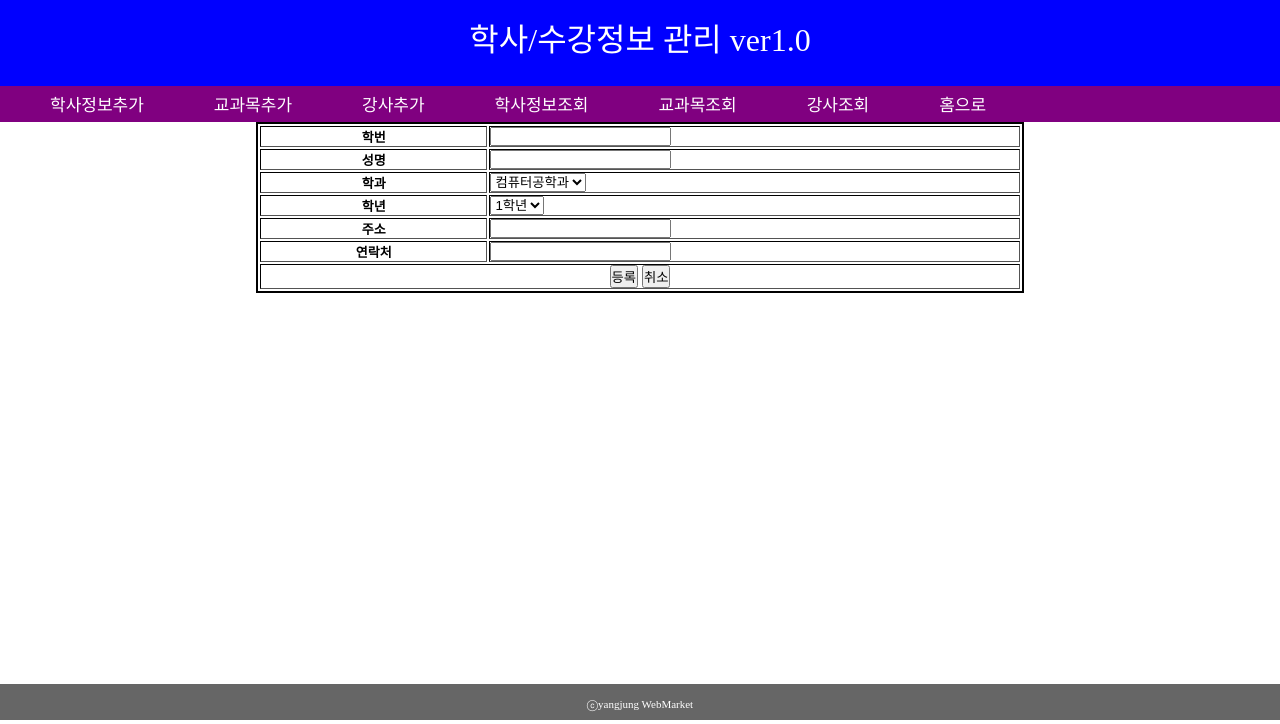
Repository: cccf777/-
Page: http://localhost/D0428/shop/hakInsert.jsp
The author's editor kept a copy of each file at every save. The page is drawn from the files as they stood at one save, then again after the next save.
The browser window is 1280 px wide. The pictures show the whole page.
The page is served by Tomcat 9.

Above is the page before, as saved 2021-04-22 05:46:03.

### workspace/D0428/src/main/webapp/shop/hakInsert.jsp
<%@ page language="java" contentType="text/html; charset=UTF-8"
    pageEncoding="UTF-8"%>
<!DOCTYPE html>
<html>
<head>
<meta charset="UTF-8">
<title>Insert title here</title>
<script>
function check(){
	if(document.form.studno.value==""){
		alert("학번이 입력되지 않음");
		document.form.studno.focus();
	}else if(document.form.name.value==""){
		alert("이름이 입력되지 않음");
		document.form.name.focus();
	}else{
		document.form.submit();
	}
}

</script>
</head>
<body>

<%@ include file="header.jsp" %>
<%@ include file="nav.jsp" %>
<section>
<form name="form" method="post" action="hakInsertProcess.jsp">
<table border="1" id="table1">
	<tr>
		<th width="30%">학번</th>
		<td><input type="text" name="studno" id="in1" <%-- value="<%=no %>" --%>></td>
	</tr>
	<tr>
		<th width="30%">성명</th>
		<td><input type="text" name="name" id="in1"></td>
	</tr>
	<tr>
		<th width="30%">학과</th>
		<td>
		<select name="dept" id="in1">
		<option value="1" selected>컴퓨터공학과</option>
		<option value="2">경영학과</option>
		<option value="3">경제학과</option>
		</select>
		</td>
	</tr>
	<tr>
		<th width="30%">학년</th>
		<td>
		<select name="position" id="in1">
		<option value="1" selected>1학년</option>
		<option value="2">2학년</option>
		<option value="3">3학년</option>
		</select>
		</td>
	</tr>
	<tr>
		<th width="30%">주소</th>
		<td><input type="text" name="address"  id="in1"></td>
	</tr>
	<tr>
		<th width="30%">연락처</th>
		<td><input type="text" name="phone"  id="in1"></td>
	</tr>
	<tr>
		<td colspan=2 class="center">
		<input type="button" value="등록" onclick="javascript:check()">
		<input type="reset" value="취소">
		</td>
	</tr>
</table>
</form>
</section>
<%@ include file="footer.jsp" %>
</body>
</html>

### workspace/D0428/src/main/webapp/shop/header.jsp
<%@ page language="java" contentType="text/html; charset=UTF-8"
    pageEncoding="UTF-8"%>
<!DOCTYPE html>
<html>
<head>
<meta charset="UTF-8">
<title>Insert title here</title>
<link rel="stylesheet" href="common.css">
</head>
<body>
<header>학사/수강정보 관리 ver1.0

</header>
</body>
</html>

### workspace/D0428/src/main/webapp/shop/nav.jsp
<%@ page language="java" contentType="text/html; charset=UTF-8"
    pageEncoding="UTF-8"%>
<!DOCTYPE html>
<html>
<head>
<meta charset="UTF-8">
<title>Insert title here</title>
<link rel="stylesheet" href="common.css">
</head>
<body>
<nav>
	<ul>
		<li><a href="hakInsert.jsp">학사정보추가</a></li>
		<li><a href="subinsert.jsp">교과목추가</a></li>
		<li><a href="teacherInsert.jsp">강사추가</a></li>
		<li><a href="studentSelect.jsp">학사정보조회</a></li>
		<li><a href="subSelect.jsp">교과목조회</a></li>
		<li><a href="teacherSelect.jsp">강사조회</a></li>
		<li><a href="index.jsp">홈으로</a></li>
	</ul>
</nav>
</body>
</html>

### workspace/D0428/src/main/webapp/shop/footer.jsp
<%@ page language="java" contentType="text/html; charset=UTF-8"
    pageEncoding="UTF-8"%>
<!DOCTYPE html>
<html>
<head>
<meta charset="UTF-8">
<title>Insert title here</title>
<link rel="stylesheet" href="common.css">
</head>
<body>
<footer>
ⓒyangjung WebMarket
</footer>
</body>
</html>

### workspace/D0428/src/main/webapp/shop/common.css
@charset "UTF-8";
header{
	height:12%;
	background:#0000ff;
	color:#ffffff;
	text-align:center;
	line-height:80px;
	font-size:2em;
}

footer{
	height:5%;
	background:#666;
	color:#fff;
	text-align:center;
	line-height:40px;
	font-size:11px;
}
nav{
	height:5%;
	line-height:40px;
	background:purple;
	text-align:left;
}
nav ul{
	display:inline-block;
	list-style-type:none;
}
nav li{
	float:left;
	margin: 0 0 0 30px;
}
nav a{
	display:block;
	color:#ffffff;
	font-size:17px;
	text-decoration:none;
	padding:0 20px;
}

section{
	height:78%;
	width:100%;
	margin:0 auto;
	font-size:13px;
}
*{
	margin:0;
	padding:0;
}
html,body{
	height:100%;
	width:100%;
}

section table{
	width:70%;
	height:50%;
	margin:0 auto;
	border:2px solid black;
}
#table1{
	width:60%;
	height:50%;
	margin:0 auto;
	border:2px solid black;
}
#h3{
	text-align:center;
	padding:0.5% 0;
}
.center{
	text-align: center;
	font-size:1.2em;
}
#id1{
	height:30px;
	width:60%;
}
#t1{
	margin-left:25%;
}

After the next save:
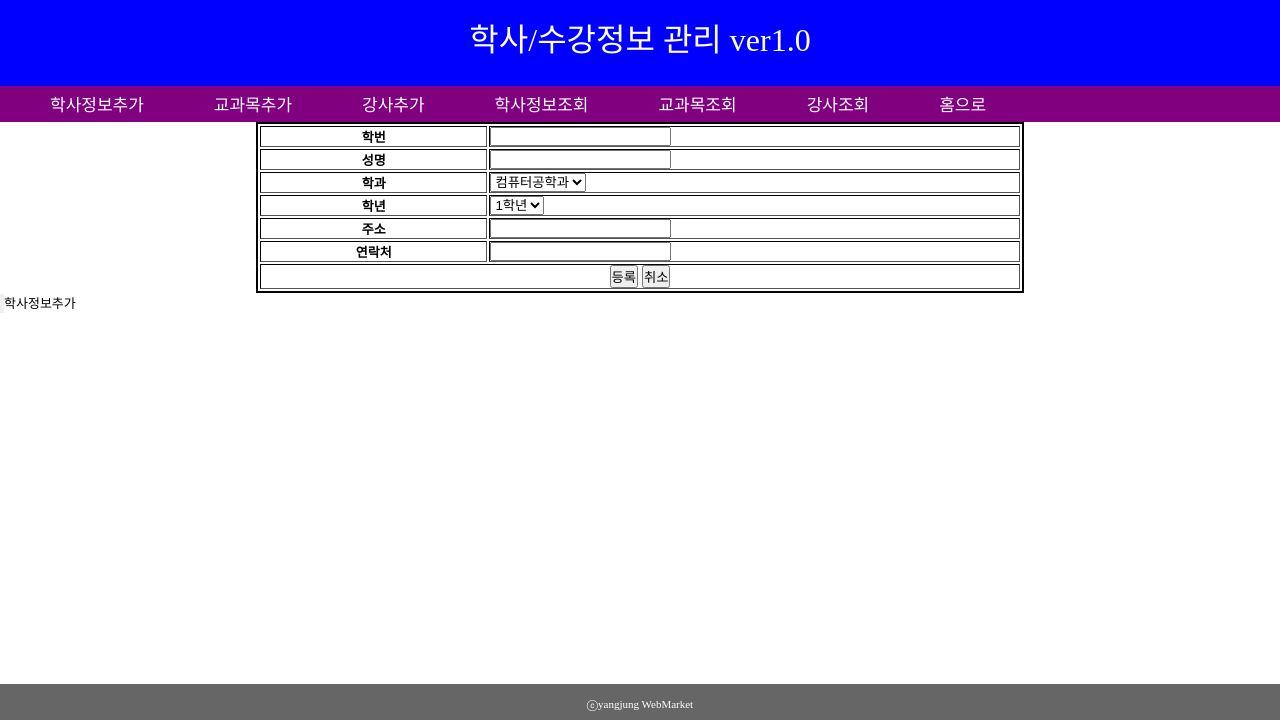
Saved 6 min 48 s later.
--- a/workspace/D0428/src/main/webapp/shop/hakInsert.jsp
+++ b/workspace/D0428/src/main/webapp/shop/hakInsert.jsp
@@ -71,6 +71,7 @@ function check(){
 	</tr>
 </table>
 </form>
+<input type="button">학사정보추가
 </section>
 <%@ include file="footer.jsp" %>
 </body>
